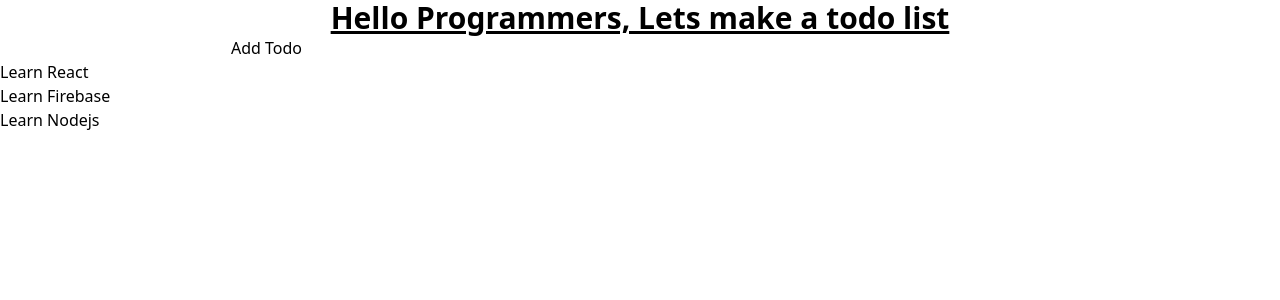
Repository: Shamraiz761/todo_list
Page: /
The author's editor kept a copy of each file at every save. The page is drawn from the files as they stood at one save, then again after a run of saves.
The browser window is 1280 px wide. The pictures show the whole page.
The project was rebuilt for these pictures with package versions that can differ from the ones it lists, and the page was loaded fresh each time. Also part of the build but not shown: vite.config.js.

Above is the page before, as saved 2024-01-11 22:31:01.

After the next 2 saves:
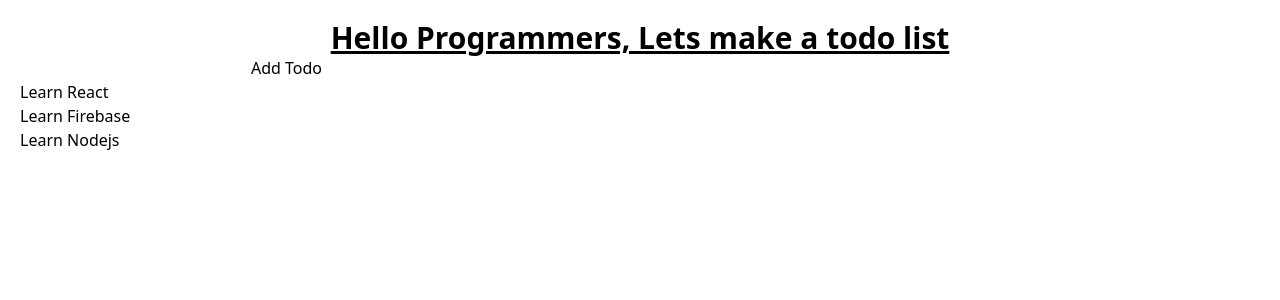
The 2 saves are shown as one change because they came seconds apart.
The last was saved 109 s later.
--- a/src/App.jsx
+++ b/src/App.jsx
@@ -15,7 +15,7 @@ function App() {
   };
 
   return (
-    <div >
+    <div className="m-5">
       <h1 className="text-3xl font-bold underline text-center">Hello Programmers, Lets make a todo list</h1>
       <form>
         <input
